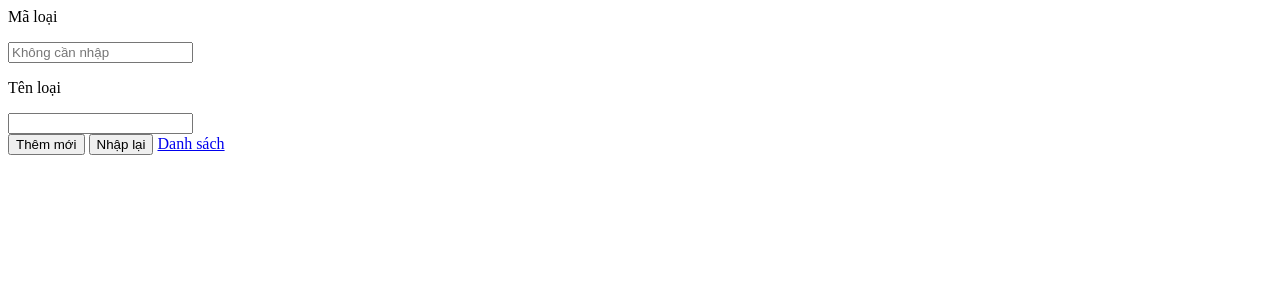
Repository: Leduc20/Website-Shopping-Clothes-Men-master
Page: http://localhost/webbanhang/admin/danh-muc/add-danh-muc.php
These files come from the project's save history. The page is drawn as it stood at one moment and after the next save; the edit follows.
The browser window is 1280 px wide. The pictures show the whole page.
The page is run by PHP 8.4 with error messages shown; the project is at /var/www/html/.

Above is the page before, as saved 2022-11-15 15:55:31.

After the next save:
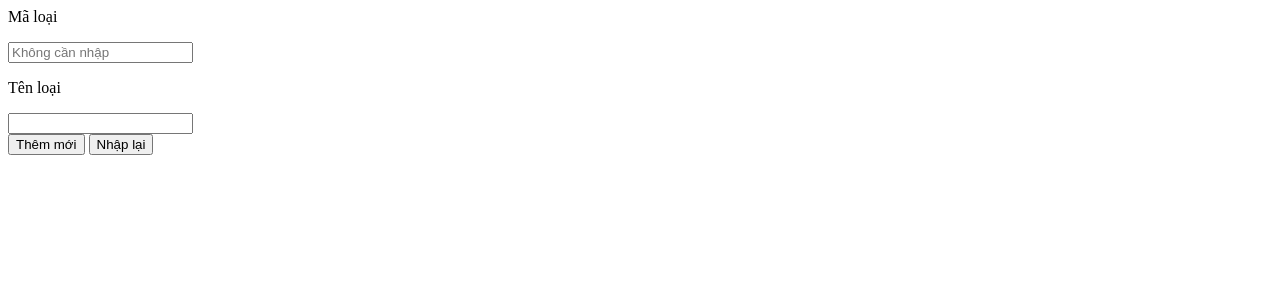
Saved 34 h 39 min later.
--- a/admin/danh-muc/add-danh-muc.php
+++ b/admin/danh-muc/add-danh-muc.php
@@ -10,6 +10,6 @@
                     Thêm mới
                     </button>
                     <button type="reset" class="bg-blue-500 hover:bg-blue-700 text-white font-bold py-2 px-4 border border-blue-700 rounded">Nhập lại</button>
-                    <a class="bg-blue-500 hover:bg-blue-700 text-white font-bold py-2 px-4 border border-blue-700 rounded no-underline" href="index.php?act=dslh">Danh sách</a>
+                    <a class="bg-blue-500 hover:bg-blue-700 text-white font-bold py-2 px-4 border border-blue-700 rounded no-underline" href="<?= ADMIN_BASE . "?danh-muc"?>">Danh sách</a>
                 </form>
             </div>
